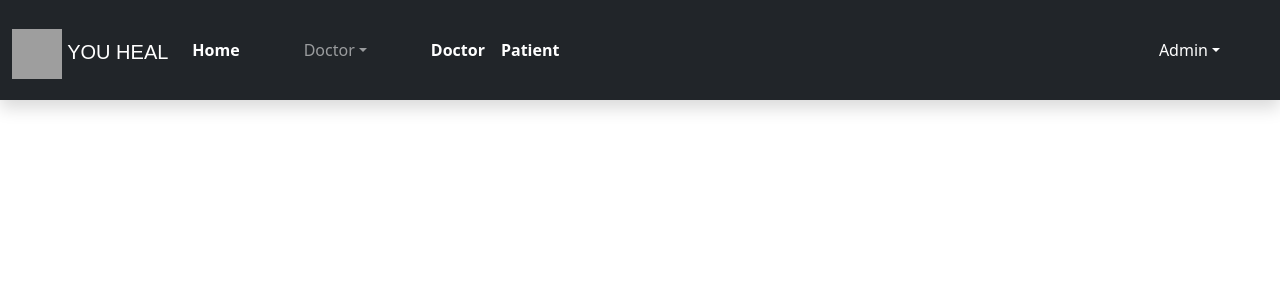
Repository: Akshatayadav/JavaProject
Page: http://localhost/YouHeal/admin/header.jsp
The author's editor kept a copy of each file at every save. The page is drawn from the files as they stood at one save, then again after the next save.
The browser window is 1280 px wide. The pictures show the whole page.
Pictures or frames that could not be fetched are drawn as grey boxes. Some web libraries are served in a nearby version. The page is served by Tomcat 9. Other server files are loaded and not shown.

Above is the page before, as saved 2023-04-17 16:21:11.

### YouHeal/src/main/webapp/admin/header.jsp
<%@ page language="java" contentType="text/html; charset=ISO-8859-1"
    pageEncoding="ISO-8859-1"%>
<!DOCTYPE html>
<html>
<head>
<meta charset="ISO-8859-1">
<title>Insert title here</title>
<link href="https://cdn.jsdelivr.net/npm/bootstrap@5.3.0-alpha2/dist/css/bootstrap.min.css" rel="stylesheet" integrity="sha384-aFq/bzH65dt+w6FI2ooMVUpc+21e0SRygnTpmBvdBgSdnuTN7QbdgL+OapgHtvPp" crossorigin="anonymous">
   <script src="https://cdn.jsdelivr.net/npm/popper.js@1.12.9/dist/umd/popper.min.js" integrity="sha384-ApNbgh9B+Y1QKtv3Rn7W3mgPxhU9K/ScQsAP7hUibX39j7fakFPskvXusvfa0b4Q" crossorigin="anonymous"></script>
    <script src="https://cdn.jsdelivr.net/npm/bootstrap@5.3.0-alpha2/dist/js/bootstrap.bundle.min.js" integrity="sha384-qKXV1j0HvMUeCBQ+QVp7JcfGl760yU08IQ+GpUo5hlbpg51QRiuqHAJz8+BrxE/N" crossorigin="anonymous"></script>
</head>
<body>
<!-- Navbar -->
<nav class="navbar navbar-expand-sm sticky-top navbar-dark bg-dark text-white  shadow">
  <!-- Container wrapper -->
  <div class="container-fluid">
    <!-- Toggle button -->
    <button
      class="navbar-toggler"
      type="button"
      data-mdb-toggle="collapse"
      data-mdb-target="#navbarSupportedContent"
      aria-controls="navbarSupportedContent"
      aria-expanded="false"
      aria-label="Toggle navigation"
    >
      <i class="fas fa-bars"></i>
    </button>

    <!-- Collapsible wrapper -->
    <div class="collapse navbar-collapse" id="navbarSupportedContent">
      <!-- Navbar brand -->
      <a class="navbar-brand mt-6 fas mt-lg-3 h2 " style="font-family:sans-serif;yy ; ;"href="#">
        <img
          src="https://mdbcdn.b-cdn.net/img/Photos/new-templates/bootstrap-login-form/lotus.webp"
          height="50" width="50"
          alt="MDB Logo"
          loading="lazy"
        /> YOU HEAL
      </a>
      <!-- Right links -->
      <ul class="navbar-nav me-auto mb-2 mb-xl-0 ">

        <li class="nav-item">
          <b><a class="nav-link active" href="home.jsp">Home</a></b>
        </li>


    		<a href="#" class="nav-link dropdown-toggle mx-5" role="button" data-bs-toggle="dropdown">Doctor</a>
                <ul class="dropdown-menu">
                 <li>
                   <a href="/YouHeal/AdminLogin?action=logout" class="dropdown-item">Add Doctor</a>
                   <a href="/YouHeal/AdminLogin?action=logout" class="dropdown-item">View Doctor</a>
                 </li>
                 </ul>

        <li class="nav-item">
          <b><a class="nav-link active" href="../jsp/doctor.jsp">Doctor</a></b>
        </li>
        <li class="nav-item">
          <b><a class="nav-link active" href="patient.jsp">Patient</a></b>
        </li>


      </ul>
      <!-- Right links -->
    </div>
    <!-- Collapsible wrapper -->

   <div class="btn-group">

    <a href="#" class="nav-link dropdown-toggle mx-5" role="button" data-bs-toggle="dropdown">Admin</a>
                        <ul class="dropdown-menu">
                             <li>
                                <a href="/YouHeal/AdminLogin?action=logout" class="dropdown-item">Logout</a>
                            </li>


                        </ul>
</div>
  </div>
  <!-- Container wrapper -->
</nav>
<!-- Navbar -->
</body>
</html>

After the next save:
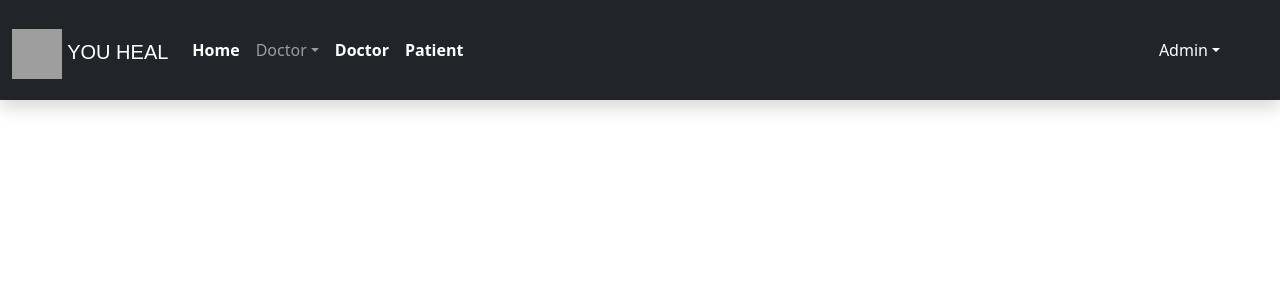
Saved 23 s later.
--- a/YouHeal/src/main/webapp/admin/header.jsp
+++ b/YouHeal/src/main/webapp/admin/header.jsp
@@ -46,7 +46,7 @@
         </li>
 
 
-    		<a href="#" class="nav-link dropdown-toggle mx-5" role="button" data-bs-toggle="dropdown">Doctor</a>
+    		<a href="#" class="nav-link dropdown-toggle mx-0" role="button" data-bs-toggle="dropdown">Doctor</a>
                 <ul class="dropdown-menu">
                  <li>
                    <a href="/YouHeal/AdminLogin?action=logout" class="dropdown-item">Add Doctor</a>
